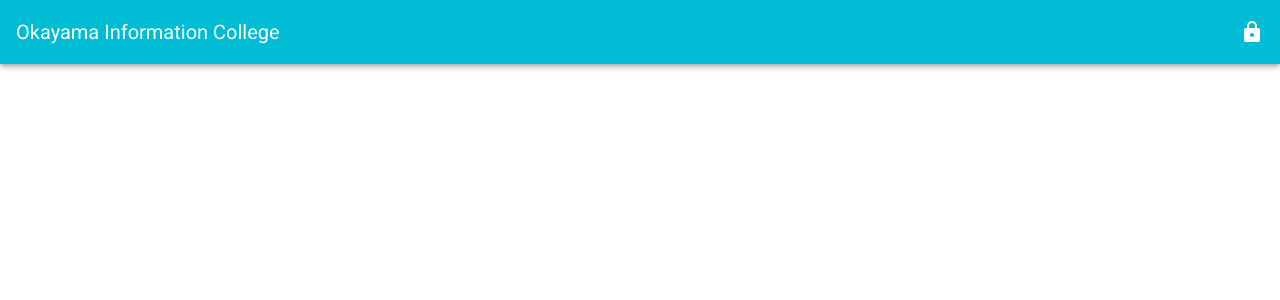
Repository: taniwhy/open-campus-system
Page: / (app in client_view/)
An editor plug-in stored every save of this project. The page is shown before and after the next save, followed by the edit.
The browser window is 1280 px wide. The pictures show the whole page.
The project was rebuilt for these pictures with package versions that can differ from the ones it lists, and the page was loaded fresh each time. Also part of the build but not shown: client_view/vue.config.js, client_view/src/views/Login.vue, client_view/src/views/Admin.vue, client_view/src/views/Base_form.vue, client_view/src/components/Register.vue, client_view/src/components/Confirmation.vue, client_view/src/components/Reregister.vue, client_view/src/components/Reconfirmation.vue and 3 more.

Above is the page before, as saved 2019-12-07 00:11:00.

After the next save:
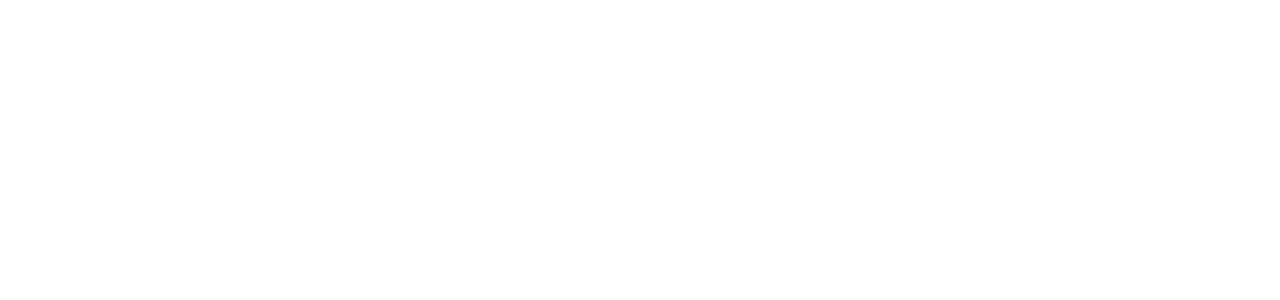
Saved 91 s later.
--- a/client_view/src/router/index.js
+++ b/client_view/src/router/index.js
@@ -72,8 +72,11 @@
 ]
 
 const router = new VueRouter({
-    routes,
-    scrollBehavior(to, from, savedPosition) {
+    /**
+     * 画面遷移時に画面上部に移動する
+     * @param {*} savedPosition 画面一の履歴
+     */
+    scrollBehavior(savedPosition) {
         if (savedPosition) {
             return savedPosition
         } else {

After the save that followed:
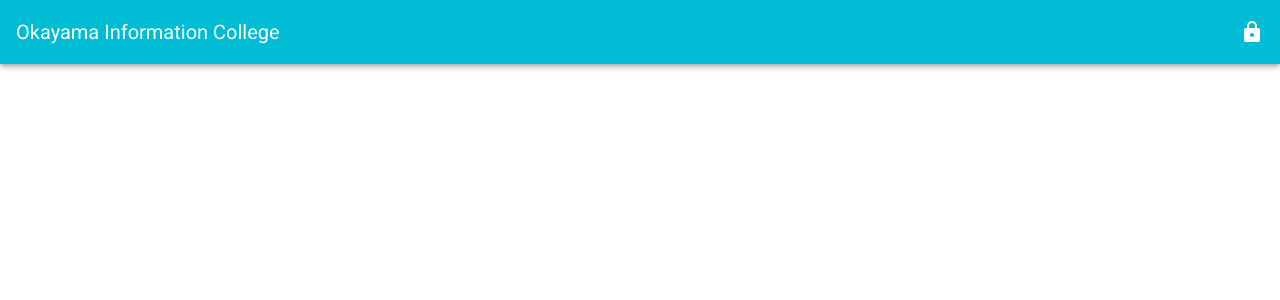
Saved 15 s later.
--- a/client_view/src/router/index.js
+++ b/client_view/src/router/index.js
@@ -72,6 +72,7 @@
 ]
 
 const router = new VueRouter({
+    routes,
     /**
      * 画面遷移時に画面上部に移動する
      * @param {*} savedPosition 画面一の履歴
